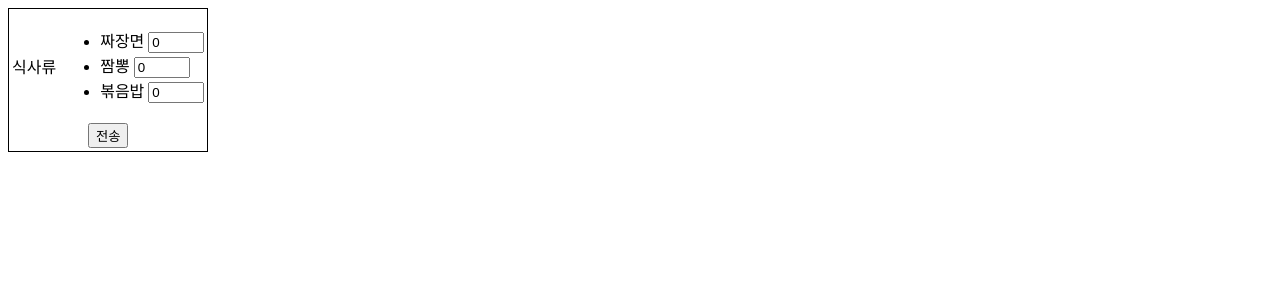
Repository: coolSummer1119/study
Page: http://localhost/ch03_Jsp/ch03_nestedObject/s18_orderForm.jsp
An editor plug-in stored every save of this project. The page is shown before and after the next save, followed by the edit.
The browser window is 1280 px wide. The pictures show the whole page.
The page is served by Tomcat 9.

Above is the page before, as saved 2024-04-23 08:19:22.

After the next save:
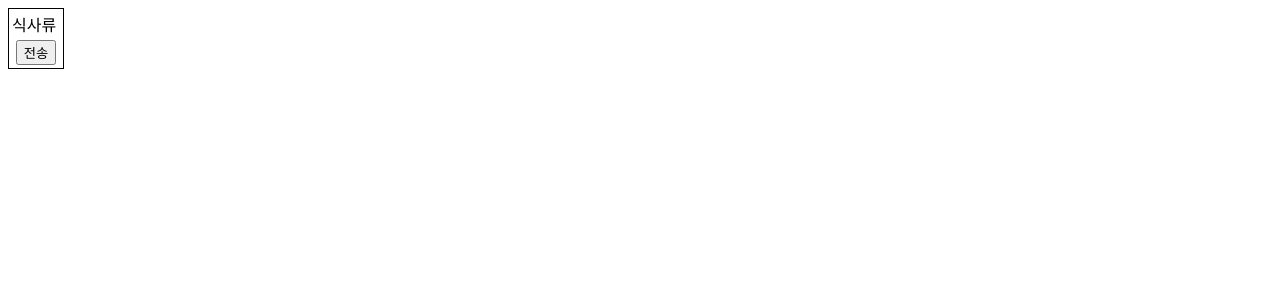
Saved 23 s later.
--- a/workspace/ch03_Jsp/src/main/webapp/ch03_nestedObject/s18_orderForm.jsp
+++ b/workspace/ch03_Jsp/src/main/webapp/ch03_nestedObject/s18_orderForm.jsp
@@ -10,7 +10,7 @@
 	border: 1px solid;
 }
 ul{
-	style:none;
+	display:none;
 }
 </style>
 <script type="text/javascript">

After the save that followed:
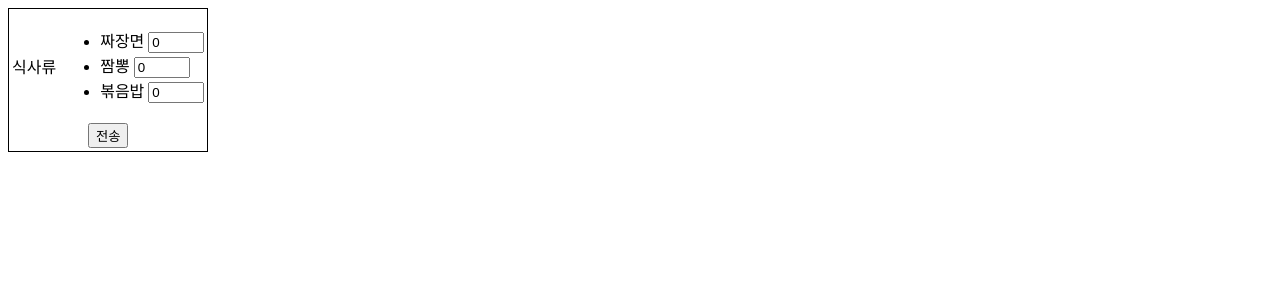
Saved 18 s later.
--- a/workspace/ch03_Jsp/src/main/webapp/ch03_nestedObject/s18_orderForm.jsp
+++ b/workspace/ch03_Jsp/src/main/webapp/ch03_nestedObject/s18_orderForm.jsp
@@ -9,9 +9,7 @@
 table{
 	border: 1px solid;
 }
-ul{
-	display:none;
-}
+
 </style>
 <script type="text/javascript">
 //수량을 입력, 세가지 음식 중 하나는 꼭 주문.
